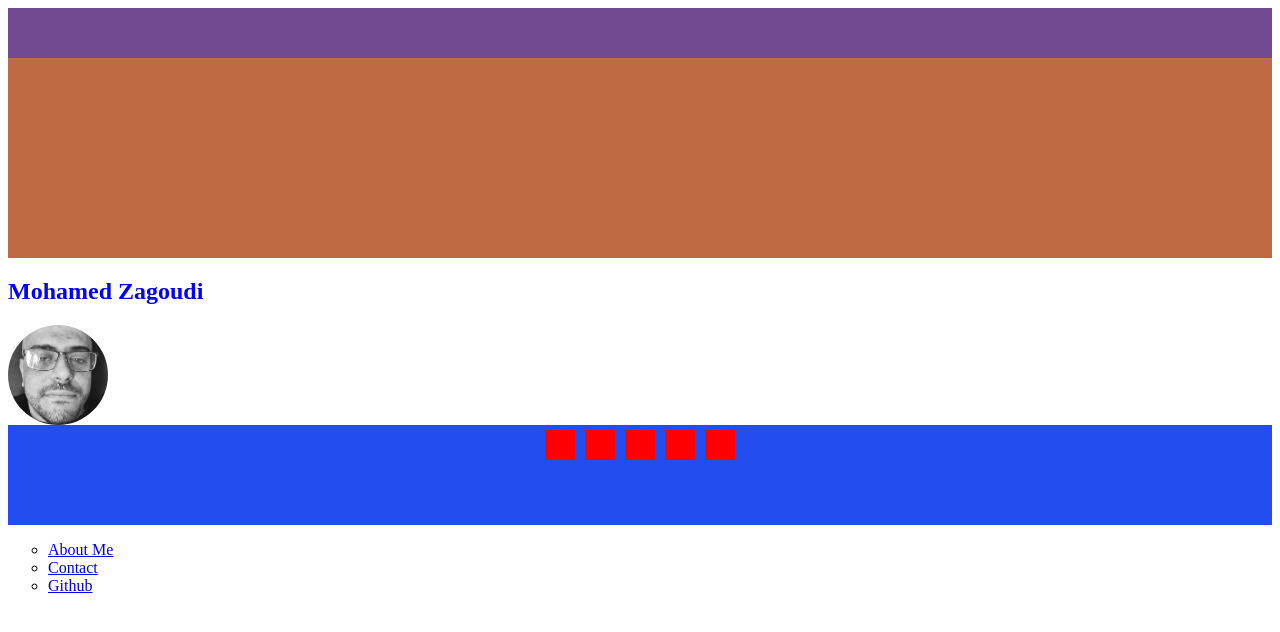
Repository: Mohzagou/Eersteportofolio
Page: index.html
The author's editor kept a copy of each file at every save. The page is drawn from the files as they stood at one save, then again after the next save.
The browser window is 1280 px wide. The pictures show the whole page.

Above is the page before, as saved 2022-06-07 20:06:11.

After the next save:
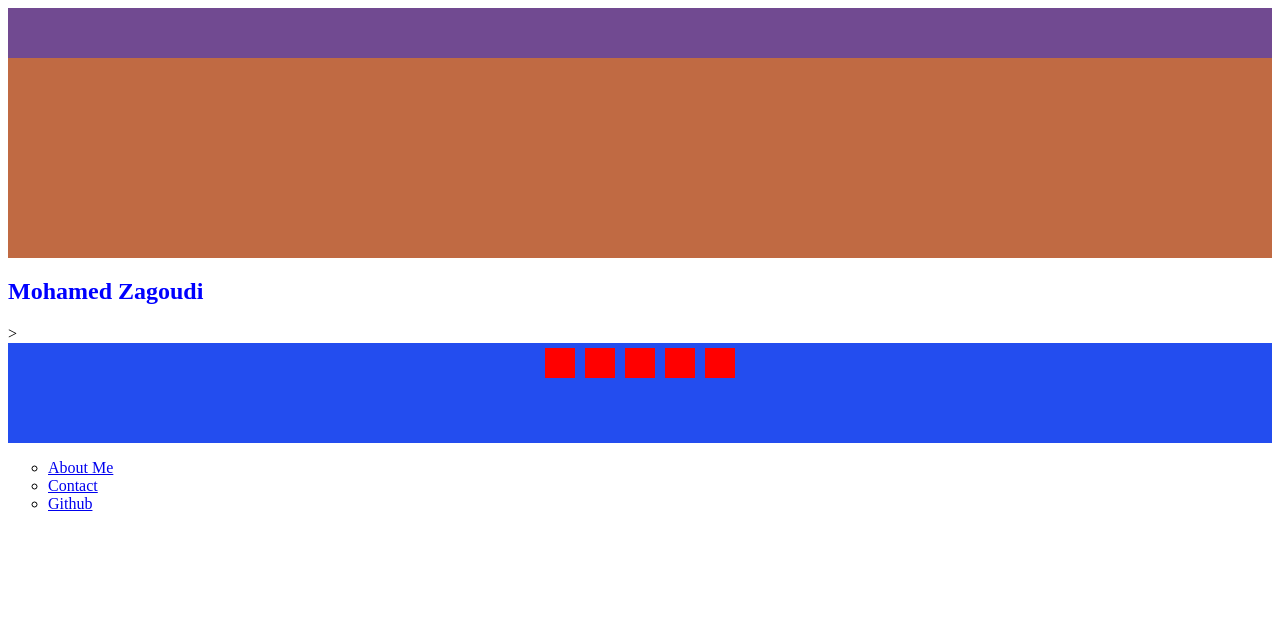
Saved 15 s later.
--- a/index.html
+++ b/index.html
@@ -13,7 +13,7 @@
     <header></header>
     <div class="about-me"></div>
     <h2 id="name">Mohamed Zagoudi</h2>
-    <img class="avatar" src="images/67gwzvy.jpeg" alt="Mohamed Zagoudi headshot " />
+    >
     <div>
 
 
